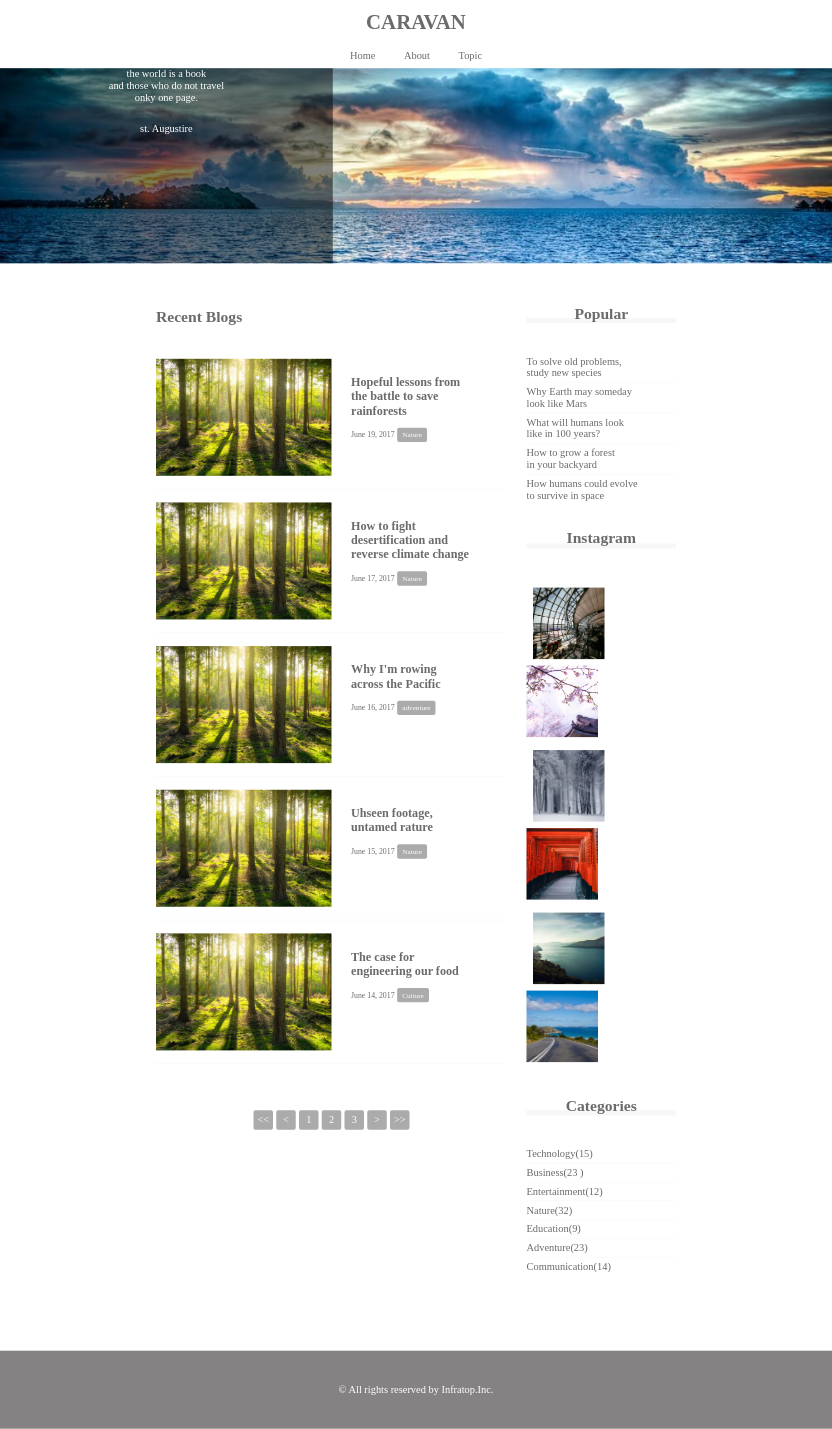
Repository: ishidaryu/ishidaryu
Page: caravan/index.html
The author's editor kept a record of every edit. The page is drawn from the files as they stood at one moment, then again after the next edit.
The browser window is 1280 px wide. The pictures show the whole page, at 65% of full size.

Above is the page before.

### caravan/index.html
<!DOCTYPE html>
<html lang="ja">

  <head>
      <meta charset="utf-8" />
      <link rel="stylesheet" href="style.css" />
      <title>CARAVAN</title>

  </head>

  <body>


    <header>
      <h1 class="heading">
        <a href="index.html">
        CARAVAN
        </a>
        </h1>
    </header>

    <nav>
      <ul class="nav-list">
        <li class="nav-list-item">
          <a href="index.html">Home</a>
        </li>
        <li class="nav-list-item">About</li>
        <li class="nav-list-item">Topic</li>
      </ul>
    </nav>

    <div class="main-visual">
        <div class="main-visual-content">
          <p class="main-visual-text">
            the world is a book<br />
            and those who do not travel<br />
            onky one page.
          </p>
          <p class="main-visual-name">
            st. Augustire
          </p>
        </div>
    </div>

    <main>
      <section class="blog">
        <h2 class="blog-heading">Recent Blogs</h2>
        <div class="blog-box"></div>
        <div class="blog-item">
          <img class="blog-image" src="img/forest.jpg" />
          <section class="blog-text">
            <h3 class="blog-text-heading">
              <a href="single.html">
                Hopeful lessons from<br />
                the battle to save<br />
                rainforests
              </a>
            </h3>
            <p class="blog-date">June 19, 2017</p>
            <span class="category">Nature</span>
          </section>
        </div>


        <div class="blog-item">
          <img class="blog-image" src="img/forest.jpg" />
          <section class="blog-text">
            <h3 class="blog-text-heading">
              <a href="single.html">
                How to fight<br />
                desertification  and<br />
                reverse climate change
              </a>
            </h3>
            <p class="blog-date">June 17, 2017</p>
            <span class="category">Nature</span>
          </section>
        </div>


        <div class="blog-item">
          <img class="blog-image" src="img/forest.jpg">
          <section class="blog-text">
            <h3 class="blog-text-heading">
              <a href="single.html">
                Why I'm rowing<br />

                across the Pacific
              </a>
            </h3>
            <p class="blog-date">June 16, 2017</p>
            <span class="category">adventure</span>
          </section>
        </div>


        <div class="blog-item">
          <img class="blog-image" src="img/forest.jpg">
          <section class="blog-text">
            <h3 class="blog-text-heading">
              <a href="single.html">
                Uhseen footage,<br />
                untamed rature
              </a>
            </h3>
            <p class="blog-date">June 15, 2017</p>
            <span class="category">Nature</span>
          </section>
        </div>


        <div class="blog-item">
          <img class="blog-image" src="img/forest.jpg">
          <section class="blog-text">
            <h3 class="blog-text-heading">
              <a href="single.html">
                The case for<br />
                engineering our food
              </a>
            </h3>
            <p class="blog-date">June 14, 2017</p>
            <span class="category">Culture</span>
          </section>
        </div>

        <div class="pagination">
          <p><<</p>
          <p><</p>
          <p>1</p>
          <p>2</p>
          <p>3</p>
          <p>></p>
          <p>>></p>
        </div>


        </section>

      <div class="sidebar">
        <section class="popular">
          <h2 class="popular-heading common-heading">Popular</h2>
          <div class="sidebar-contents">
            <p class="popular-text">To solve old problems,<br>study new species</p>
            <p class="popular-text">Why Earth may someday<br>look like Mars</p>
            <p class="popular-text">What will humans look<br>like in 100 years?</p>
            <p class="popular-text">How to grow a forest<br>in your backyard</p>
            <p class="popular-text">How humans could evolve<br>to survive in space</p>
          </div>
        </section>
        <section class="instagram">
          <h2 class="instagram-heading common-heading">Instagram</h2>
          <div class="sidebar-contents">
            <div class="instagram-box"></div>
            <div class="instagram-box"></div>
            <div class="instagram-box"></div>
            <div class="instagram-box"></div>
            <div class="instagram-box"></div>
            <div class="instagram-box"></div>
          </div>
        </section>

        <section class="categories">
          <h2 class="categories-heading common-heading">Categories</h2>
          <div class="sidebar-contents">
            <p class="categories-text">
              Technology(15)
              </p>
            <p class="categories-text">
              Business(23
              )</p>
            <p class="categories-text">
              Entertainment(12)
              </p>
            <p class="categories-text">
              Nature(32)</p>
            <p class="categories-text">
              Education(9)
              </p>
            <p class="categories-text">
              Adventure(23)
              </p>
            <p class="categories-text">
              Communication(14)
              </p>
          </div>
        </section>
      </div>

    </main>

    <footer>
      <p class="footer-text">© All rights reserved by Infratop.Inc.</p>
    </footer>

  </body>
</html>

### caravan/style.css
* {
  margin: 0;
  padding: 0;
  box-sizing: border-box;
  color: #6c6b6b;
}

a {
  text-decoration: none;
}

header {
  width: 90%;
  padding: 15px 0;
  margin: 0 auto;
  text-align: center;
}

header .heading {
  font-size: 32px;
}

.nav-list {
  text-align: center;
  padding: 10px 0;
  margin: 0 auto;
}

.nav-list-item {
  list-style: none;
  display: inline-block;
  margin: 0 20px;
}

.main-visual {
  width: 100%;
  height: 300px;
  background-image: url(img/mv.jpg);
  background-size: cover;
  background-position:center;
}

.main-visual-content {
  width: 40%;
  height: 300px;
  background-color: rgba(0, 0, 0, 0.5);
  text-align: center;
}

.main-visual-text {
  color: #fff;
}

.main-visual-name {
  margin-top:30px;
  color:#fff;
}

main {
  width:800px;
  display: flex;
  justify-content: center;
  margin: 0 auto;
  padding: 70px 0;
}

.blog {
 width:540px;
 margin-right: 30px;
}

.blog-heding {
  border-bottom: 8px solid #f7f7f7;
  text-align:center;
  line-height: 0.6;
}

.blog-box {
  padding-top: 50px;
}

.blog-item {
  padding-bottom:20px;
  margin-bottom:20px;
  border-bottom:1px solid #f7f7f7;
  display: flex;
  justify-content: flex-start;
}

.blog-image {
  height:180px;
}

.blog-text {
  padding:25px 0 0 30px;
}

.blog-text-heading {
  padding-bottom: 15px;
}

.blog-date {
  font-size: 12px;
  display: inline-block;
}
.category {
  display: inline-block;
  padding: 5px 8px;
  background-color: #acabab;
  border-radius: 3px;
  color: #fff;
  font-size: 11px;
}

.pagination {
  text-align: center;
  padding-top: 50px;
}

.pagination p {
  display: inline-block;
  width:30px;
  height: 30px;
  margin: 0.5px;
  color: #fff;
  background-color: #acabab;
  border-radius: 3px;
  line-height:30px;
}
.sidebar {
 width:230px;
}

.common-heading {
  border-bottom: 8px solid #f7f7f7;
  text-align: center;
  line-height: 0.6;
}

.sidebar-contents {
  padding: 50px 0;
}

.popular-text,
.categories-text {
  padding-bottom: 5px;
  border-bottom: 1px solid #f7f7f7;
  margin-bottom:5px;
}

.popular-text:last-child,
.categories-text:last-child {
  margin: 0;
  padding: 0;
  border: none;
}

.instagram .sidebar-contents {
display: flex;
flex-wrap:wrap;
}

.instagram-box {
  width: 110px;
  padding-top: 110px;
  background-size: cover;
  background-position: center;
  margin-bottom: 10px;
}

.instagram-box:nth-child(odd) {
  margin: 10px;
}

.instagram-box:nth-child(1) {
  background-image: url(img/airport.jpg);
}
.instagram-box:nth-child(2) {
  background-image: url(img/japan.jpg);
}
.instagram-box:nth-child(3) {
  background-image: url(img/snow.jpg);
}
.instagram-box:nth-child(4) {
  background-image: url(img/japan2.jpg);
}
.instagram-box:nth-child(5) {
  background-image: url(img/lake.jpg);
}
.instagram-box:nth-child(6) {
  background-image: url(img/road.jpg);
}
footer {
  width: 100%;
  height: 120px;
  text-align: center;
  line-height: 120px;
  background-color: #848282;
}

.footer-text {
  color: #fff;
}

After the next edit:
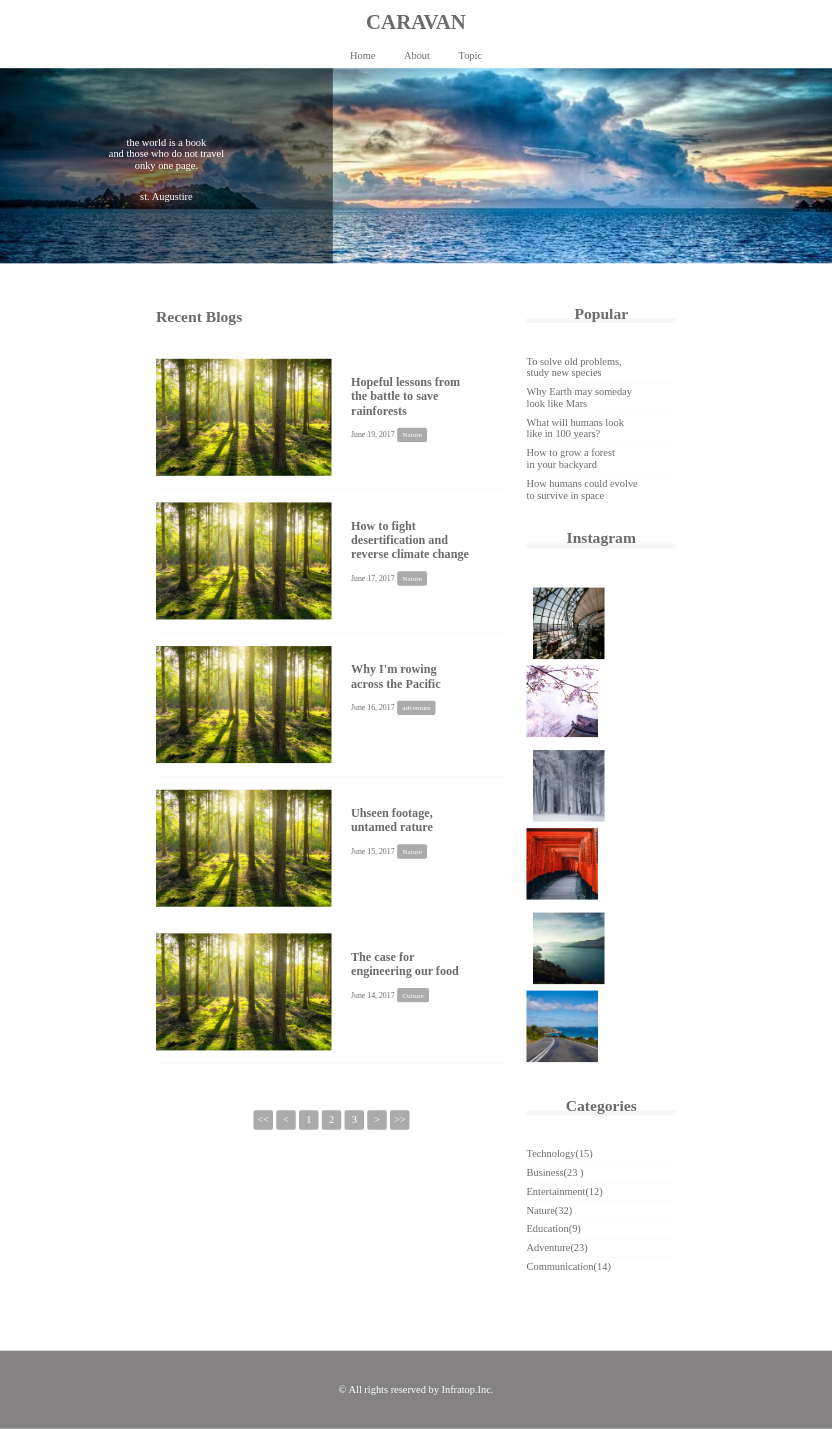
The edit:
--- a/caravan/style.css
+++ b/caravan/style.css
@@ -45,6 +45,7 @@
   height: 300px;
   background-color: rgba(0, 0, 0, 0.5);
   text-align: center;
+  padding-top: 105px;
 }
 
 .main-visual-text {
